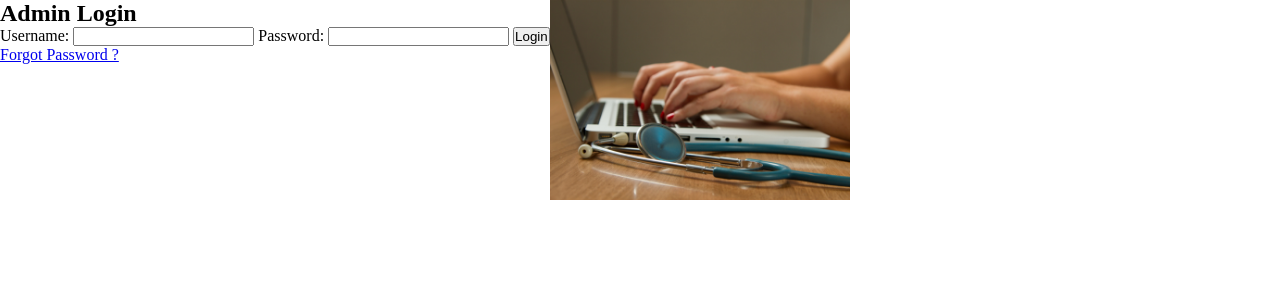
Repository: GauraVPandeyyy/Final-Neuro-dentica
Page: http://localhost/Admin-Panel/login.php
The author's editor kept a copy of each file at every save. The page is drawn from the files as they stood at one save, then again after the next save.
The browser window is 1280 px wide. The pictures show the whole page.
The page is run by PHP 8.4 with error messages shown; the project is at /var/www/html/.

Above is the page before, as saved 2024-11-10 19:07:31.

After the next save:
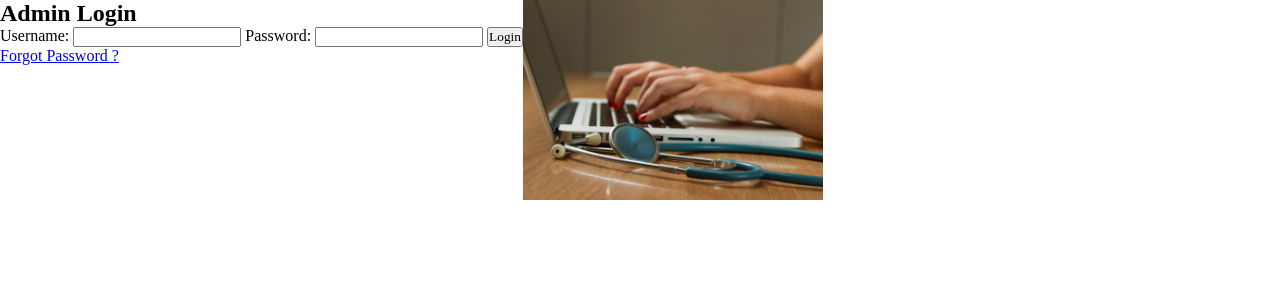
Saved 5 s later.
--- a/Admin-Panel/login.css
+++ b/Admin-Panel/login.css
@@ -2,7 +2,7 @@
     padding: 0;
     margin: 0;
     box-sizing: border-box;
-    font
+    font-family: poppins;
 }
 .container{
     display: flex;
